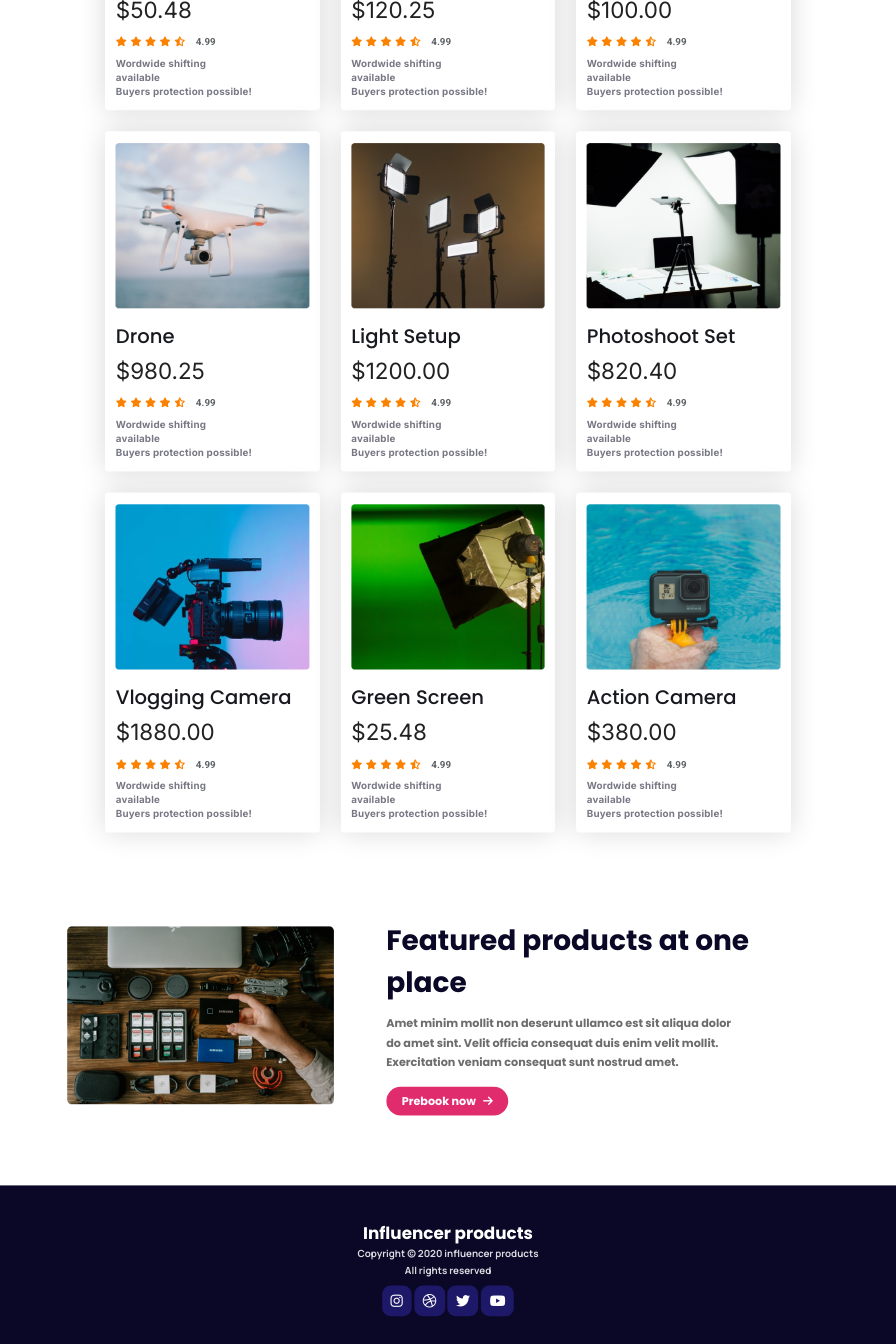
Repository: ShouravAhammed/Influencer-Gear-webpage
Page: index.html
The author's editor kept a copy of each file at every save. The page is drawn from the files as they stood at one save, then again after the next save.
The browser window is 1280 px wide. The pictures show the part of the page from y = 1329 to 3249 px (the page is 3249 px tall), at 70% of full size.
Some web libraries are served in a nearby version.

Above is the page before, as saved 2024-01-15 18:09:35.

### index.html
<!DOCTYPE html>
<html lang="en">
<head>
    <meta charset="UTF-8">
    <meta name="viewport" content="width=device-width, initial-scale=1.0">
    <!-- title -->
    <title>Influencer Gear</title>
    <!-- linked css -->
    <link rel="stylesheet" href="Style/style.css">
    <!-- fonts icon linked  -->
    <script src="https://kit.fontawesome.com/0d98d502eb.js" crossorigin="anonymous"></script>
</head>
<body>
    <!-- header part start-->
    <header class="header">
        <div class="container">
            <div class="navigation">
                <h3 class="nav-icon">Influencer Products</h3>
                <ul class="nav">
                    <li><a href="">Home</a></li>
                    <li><a href="">Products</a></li>
                    <li><a href="">Sign up</a></li>
                    <li><a href="">Log in</a></li>
                    <li><a href=""><i class="fa-solid fa-magnifying-glass"></i></a></li>
                    <li><a href=""><i class="fa-solid fa-cart-shopping"></i></a></li>
                </ul>
            </div>

            <!-- banner section part  -->
            <section id="banner">
                <div class="banner-content">
                    <h3 class="banner-title">Start your Journey as Influencer</h3>
                    <p class="banner-description">Lorem ipsum dolor sit amet, consectetur adipiscing elit. Sem vestibulum sed scelerisque eros. Lectus faucibus.</p>
                    <button class="primary-btn">Prebook now<i class="fa-solid fa-arrow-right right-arrow"></i></button>
                </div>
                <div class="banner-img">
                        <img src="images/main-camera.png" alt="camera-img">
                </div>
            </section>
            <!-- company section part -->
            <section id="company">
                <div class="company-img">
                    <img src="logos/Alibaba.svg" alt="company-img">
                    <img src="logos/Amazon.svg" alt="company-img">
                    <img src="logos/Daraz.pk Logo.svg" alt="company-img">
                    <img src="logos/Ebay.svg" alt="company-img">
                    <img src="logos/Rakuten.svg" alt="company-img">
                    <img src="logos/Walmart.svg" alt="company-img">
                    <img src="logos/Target.svg" alt="company-img">
                </div>
            </section>
        </div>
    </header>
    <!-- header part end -->
    <!-- main part start -->
    <main>
        <!-- Population collection section part start -->
    <section id="population">
        <div class="container">
            <div class="collection-container">
                <h3 class="collection-title">Population Collection</h3>
                <div class="card-content-box">
                    <div class="card-content">
                        <img src="images/tripod.png" alt="">
                        <h3 class="card-title">Flex Tripod</h3>
                        <h4 class="card-price">$50.48</h4>
                        <h5 class="card-rating"><i class="fa-solid fa-star star"></i><i class="fa-solid fa-star star"></i><i class="fa-solid fa-star star"></i><i class="fa-solid fa-star star"></i><i class="fa-solid fa-star-half-stroke star"></i><span id="rate-point">4.99</span></h5>
                        <p class="card-description">Wordwide shifting <br> available <br>
                            Buyers protection possible!</p>
                    </div>
                    <div class="card-content">
                        <img src="images/mic.png" alt="">
                        <h3 class="card-title">Microphone</h3>
                        <h4 class="card-price">$120.25</h4>
                        <h5 class="card-rating"><i class="fa-solid fa-star star"></i><i class="fa-solid fa-star star"></i><i class="fa-solid fa-star star"></i><i class="fa-solid fa-star star"></i><i class="fa-solid fa-star-half-stroke star"></i><span id="rate-point">4.99</span></h5>
                        <p class="card-description">Wordwide shifting <br> available <br>
                            Buyers protection possible!</p>
                    </div>
                    <div class="card-content">
                        <img src="images/airpod.png" alt="">
                        <h3 class="card-title">Airbuds</h3>
                        <h4 class="card-price">$100.00</h4>
                        <h5 class="card-rating"><i class="fa-solid fa-star star"></i><i class="fa-solid fa-star star"></i><i class="fa-solid fa-star star"></i><i class="fa-solid fa-star star"></i><i class="fa-solid fa-star-half-stroke star"></i><span id="rate-point">4.99</span></h5>
                        <p class="card-description">Wordwide shifting <br> available <br>
                            Buyers protection possible!</p>
                    </div>
                    <div class="card-content">
                        <img src="images/drone.png" alt="">
                        <h3 class="card-title">Drone</h3>
                        <h4 class="card-price">$980.25</h4>
                        <h5 class="card-rating"><i class="fa-solid fa-star star"></i><i class="fa-solid fa-star star"></i><i class="fa-solid fa-star star"></i><i class="fa-solid fa-star star"></i><i class="fa-solid fa-star-half-stroke star"></i><span id="rate-point">4.99</span></h5>
                        <p class="card-description">Wordwide shifting <br> available <br>
                            Buyers protection possible!</p>
                    </div>
                    <div class="card-content">
                        <img src="images/lights.png" alt="">
                        <h3 class="card-title">Light Setup</h3>
                        <h4 class="card-price">$1200.00</h4>
                        <h5 class="card-rating"><i class="fa-solid fa-star star"></i><i class="fa-solid fa-star star"></i><i class="fa-solid fa-star star"></i><i class="fa-solid fa-star star"></i><i class="fa-solid fa-star-half-stroke star"></i><span id="rate-point">4.99</span></h5>
                        <p class="card-description">Wordwide shifting <br> available <br>
                            Buyers protection possible!</p>
                    </div>
                    <div class="card-content">
                        <img src="images/setup.png" alt="">
                        <h3 class="card-title">Photoshoot Set</h3>
                        <h4 class="card-price">$820.40</h4>
                        <h5 class="card-rating"><i class="fa-solid fa-star star"></i><i class="fa-solid fa-star star"></i><i class="fa-solid fa-star star"></i><i class="fa-solid fa-star star"></i><i class="fa-solid fa-star-half-stroke star"></i><span id="rate-point">4.99</span></h5>
                        <p class="card-description">Wordwide shifting <br> available <br>
                            Buyers protection possible!</p>
                    </div>
                    <div class="card-content">
                        <img src="images/camera.png" alt="">
                        <h3 class="card-title">Vlogging Camera</h3>
                        <h4 class="card-price">$1880.00</h4>
                        <h5 class="card-rating"><i class="fa-solid fa-star star"></i><i class="fa-solid fa-star star"></i><i class="fa-solid fa-star star"></i><i class="fa-solid fa-star star"></i><i class="fa-solid fa-star-half-stroke star"></i><span id="rate-point">4.99</span></h5>
                        <p class="card-description">Wordwide shifting <br> available <br>
                            Buyers protection possible!</p>
                    </div>
                    <div class="card-content">
                        <img src="images/single-light.png" alt="">
                        <h3 class="card-title">Green Screen</h3>
                        <h4 class="card-price">$25.48</h4>
                        <h5 class="card-rating"><i class="fa-solid fa-star star"></i><i class="fa-solid fa-star star"></i><i class="fa-solid fa-star star"></i><i class="fa-solid fa-star star"></i><i class="fa-solid fa-star-half-stroke star"></i><span id="rate-point">4.99</span></h5>
                        <p class="card-description">Wordwide shifting <br> available <br>
                            Buyers protection possible!</p>
                    </div>
                    <div class="card-content">
                        <img src="images/action.png" alt="">
                        <h3 class="card-title">Action Camera</h3>
                        <h4 class="card-price">$380.00</h4>
                        <h5 class="card-rating"><i class="fa-solid fa-star star"></i><i class="fa-solid fa-star star"></i><i class="fa-solid fa-star star"></i><i class="fa-solid fa-star star"></i><i class="fa-solid fa-star-half-stroke star"></i><span id="rate-point">4.99</span></h5>
                        <p class="card-description">Wordwide shifting <br> available <br>
                            Buyers protection possible!</p>
                    </div>
                </div>
            </div>
        </div>
    </section>
        <!-- Population collection section part end -->
    <section id="feature">
        <div class="container">
            <div class="feature-container">
                <div class="feature-img">
                    <img src="images/gear.png" alt="">
                </div>
                <div class="feature-content">
                    <h3 class="feature-title">Featured products at one place</h3>
                    <p class="feature-description">Amet minim mollit non deserunt ullamco est sit aliqua dolor do amet sint. Velit officia consequat duis enim velit mollit. Exercitation veniam consequat sunt nostrud amet.</p>
                    <button class="primary-btn">Prebook now<i class="fa-solid fa-arrow-right right-arrow"></i></button>
                </div>
            </div>
        </div>
    </section>
    </main>
    <!-- main part end -->
    <!-- footer part start-->
    <footer id="footer">
        <div class="footer-container">
            <h3 class="footer-title">Influencer products</h3>
            <p class="footer-copyright">Copyright © 2020  influencer products <br>All rights reserved</p>
            <div class="footer-social-icon">
               <a class="social-icon" href=""><i class="fa-brands fa-instagram"></i></a>
                <a class="social-icon" href=""><i class="fa-brands fa-dribbble"></i></a>
                <a class="social-icon" href=""><i class="fa-brands fa-twitter"></i></a>
                <a class="social-icon" href=""><i class="fa-brands fa-youtube"></i></a>
            </div>
        </div>
    </footer>
    <!-- footer part end -->
</body>
</html>

### Style/style.css
/*  Import fonts from google fonts */
@import url('https://fonts.googleapis.com/css2?family=Inter:wght@400;700&family=Manrope:wght@700&family=Poppins:ital,wght@0,300;0,400;0,500;0,600;0,700;0,800;0,900;1,200;1,300;1,400;1,500;1,600;1,700;1,800;1,900&family=Roboto:wght@700&display=swap');

/* all body measuring manually */
*{
    margin: 0;
    padding: 0;
    outline: 0;
    box-sizing: border-box;
}
body{
    font-family: 'Inter', sans-serif;
    font-family: 'Manrope', sans-serif;
    font-family: 'Poppins', sans-serif;
    font-family: 'Roboto', sans-serif;
}

/* root color and fonts */
:root{
    --primary-color:#E02C6D;
    --color: #3A3A3A;
    --card-title-color: #18191F;
    --card-price-Color: rgba(0, 0, 0, 0.87);
    --card-description-color: #787885;
    --card-rating-color:#FB8200;
}
/* container */
.container{
    width: 85%;
    margin: 0 auto;
}
/* primary button */
.primary-btn{
    color: #FFF;
    background-color: var(--primary-color);
    font-family: Poppins;
    font-size: 1rem;
    font-weight: 700;
    padding: 6px 20px;
    border: 2px solid var(--primary-color);
    border-radius: 41px;
    margin-top: 20px;
}
.right-arrow{
    padding-left: 10px;
}
/* header part css style */
.header{
    margin: 60px 0 100px 0;
}
/* navigation part css style */
.navigation{
    display: flex;
    justify-content: space-between;
    align-items: center;
    margin-bottom: 50px;
}
.nav-icon{
    color: var(--color);
    font-feature-settings: 'clig' off, 'liga' off;
    font-family: Poppins;
    font-size: 1.5rem;
    font-weight: 700;
}
.navigation > .nav{
    display: flex;
    gap: 34px;
}
.nav li{
    list-style: none;
}
.nav li a{
    color: #3A3A3A;
    font-feature-settings: 'clig' off, 'liga' off;
    font-family: Poppins;
    font-size: 1rem;
    font-weight: 600;
    text-decoration: none;
}
/* banner section css style */

#banner{
    display: flex;
    gap: 80px;
}
.banner-content{
    margin-top: 100px;
    width: 50%;
}
.banner-title{
    color: var(--color);
    font-family: Poppins;
    font-size: 52px;
    font-weight: 700;
    line-height: 70px;
    padding-bottom: 20px;
}
.banner-description{
    color: var(--color);
    font-family: Poppins;
    font-size: 1rem;
    font-weight: 600;
}
.banner-img{
    background-image: url(../images/Circle\ design.svg);
    height: 600px;
    width: 42%;
    background-position: top right;
    background-repeat: no-repeat;
    background-size: contain;
}
.banner-img img {
    position: relative;
    width: 444px;
    left: 13px;
    top: 40px;
}
/* company section css style */
.company-img{
    display: flex;
    justify-content: space-evenly;
    align-items: center;
}
.company-img img{
    width: 80px;
    height: 55px;
    transition: all ease 0.5s;
}
.company-img img:hover{
    filter: grayscale(1);
    transform: scale(1.5);
}

/* population collection section css style */
#population{
    margin-bottom: 123px;
}
.collection-container .collection-title{
    color: var(--color);
    font-family: Poppins;
    font-size: 28px;
    font-weight: 600;
    line-height: 70px;
    text-align: center;
    margin-bottom: 30px;
}
.card-content-box{
    display: grid;
    grid-template-columns: repeat(3, 1fr);
    gap: 30px;
    width: 90%;
    margin: 0 auto;
}
.card-content{
    border-radius: 5px;
    background: #FFF;
    box-shadow: 0px 0px 40px 0px rgba(0, 0, 0, 0.15);
    padding: 17px 15px;
    transition: all ease 0.5s;
}
.card-content:hover{
    box-shadow: 0px 0px 25px 0px var(--primary-color);
}
.card-content img{
    width: 100%;
}
.card-content .card-title{
    color: var(--card-title-color);
    font-family: Poppins;
    font-size: 28px;
    font-weight: 500;
    line-height: 40px;
    margin-top: 16px;
    margin-bottom: 6px;
}
.card-content .card-price{
    color: var(--card-price-Color);
    font-family: Inter;
    font-size: 2rem;
    font-weight: 400;
    line-height: 150%;
}
.card-content .card-rating{
    color: #5E6366;
    font-family: Roboto;
    font-size: 14px;
    font-weight: 700;
    line-height: 22px;
    letter-spacing: 0.1px;
    margin: 10px 0;
}
.card-rating .star{
    color: var(--card-rating-color);
    margin-right: 5px;
}
#rate-point{
    padding-left: 10px;
}
.card-content .card-description{
    color: var(--card-description-color);
    font-family: Inter;
    font-size: 14px;
    font-weight: 700;
    line-height: 143%;
    letter-spacing: 0.252px;
}

/* Feature section css style */

.feature-container{
    display: flex;
    align-items: center;
    gap: 75px;
}
.feature-img{
    width: 35%;
}
.feature-img img{
    width: 100%;
}
.feature-content{
    width: 58%;
}
.feature-content .feature-title{
    color: #0A0826;
    font-family: Poppins;
    font-size: 2.5rem;
    font-weight: 700;
    line-height: 60px;
}
.feature-content .feature-description{
    width: 500px;
    color: #6C6C6C;
    font-family: Poppins;
    font-size: 1rem;
    font-weight: 700;
    line-height: 28px;
    margin-top: 16px;
}
/* footer part css style */
#footer{
    background: #0A0826;
    padding: 50px 0px;
    margin-top: 100px;
}
.footer-container{
    text-align: center;
}
.footer-title{
    color: #FFF;
    font-family: Poppins;
    font-size: 24px;
    font-weight: 700;
}
.footer-copyright{
    color: #D9DBE1;
    font-family: Manrope;
    font-size: 14px;
    font-weight: 700;
    line-height: 24px;
    margin-bottom: 20px;
}
.footer-social-icon .social-icon{
    background-color: #1e1868;
    color: #fff;
    font-size: 20px;
    text-decoration: none;
    padding: 10px 12px;
    border-radius: 12px;

}


@media only screen and (max-width: 576px){

    .navigation{
        flex-direction: column;
    }
    .navigation > .nav{
        gap: 25px;
    }
    #banner{
        flex-direction: column-reverse;
        gap: 20px;
    }
    .banner-content{
        width: 100%;
        text-align: center;
        margin-top: 0;
    }
    .banner-title{
        font-size: 2rem;
        line-height: normal;
    }
    .banner-img {
        height: 100%;
        width: 100%;
        background-position: center;
    }
    .banner-img img {
        width: 100%;
        left: 13px;
        top: 5px;
    }



    #company{
        margin-top: 50px;
    }
    .company-img {
        gap: 10px;
        flex-wrap: wrap;
    }
    .company-img img{
        width: 20%
    }



    .card-content-box {
        grid-template-columns: repeat(1, 1fr);
        width: 100%;
    }



    .feature-container{
        flex-direction: column-reverse;
        gap: 40px;
    }
    .feature-img{
        width: 100%;
    }
    .feature-content{
        width: 100%;
        text-align: center;
    }
    .feature-content .feature-title{
        font-size: 24px;
        line-height: normal;
    }
    .feature-content .feature-description{
        width: 100%;
    }

}

After the next save:
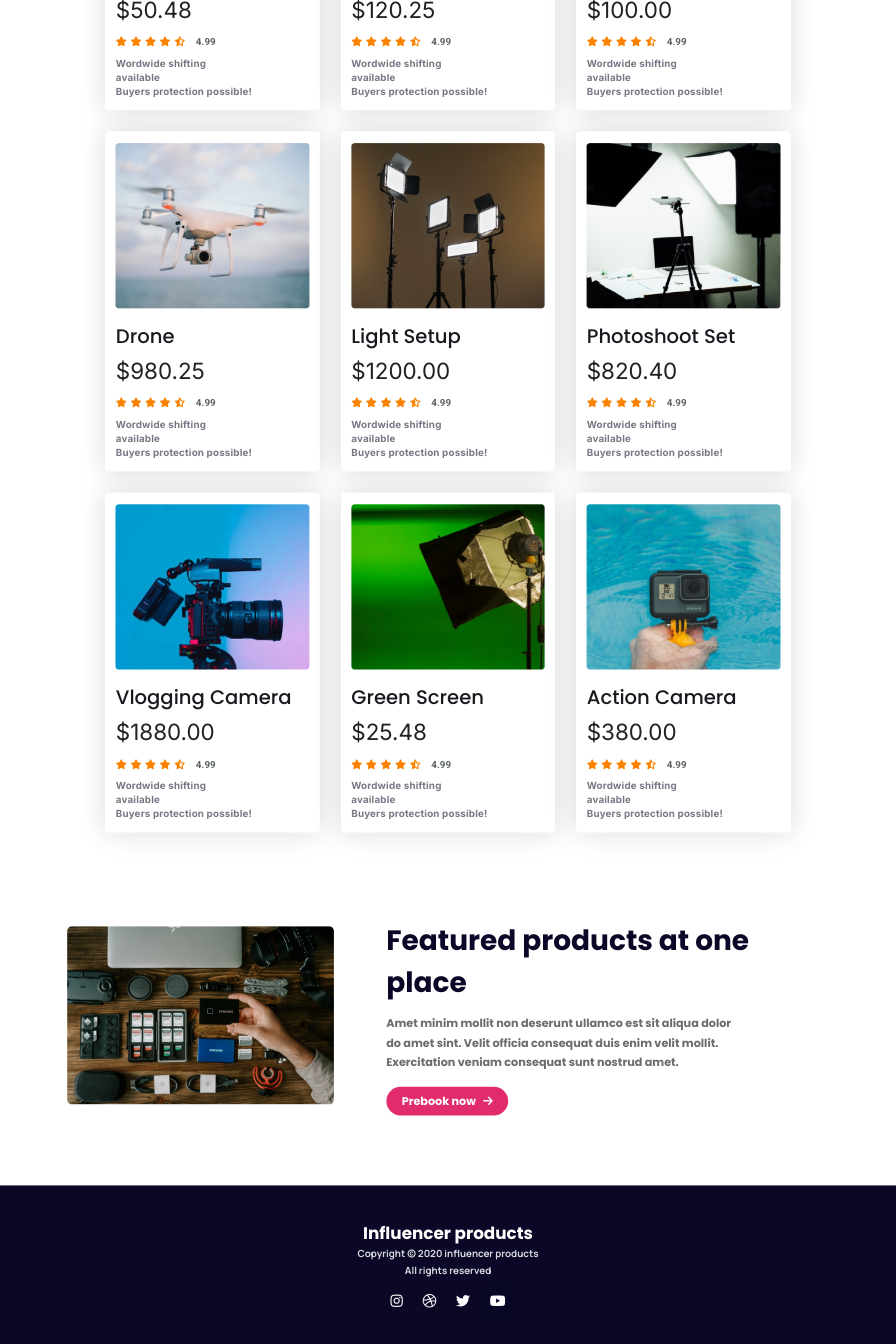
Saved 34 s later.
--- a/Style/style.css
+++ b/Style/style.css
@@ -261,7 +261,7 @@
     margin-bottom: 20px;
 }
 .footer-social-icon .social-icon{
-    background-color: #1e1868;
+    background-color: #0a08267b;
     color: #fff;
     font-size: 20px;
     text-decoration: none;
